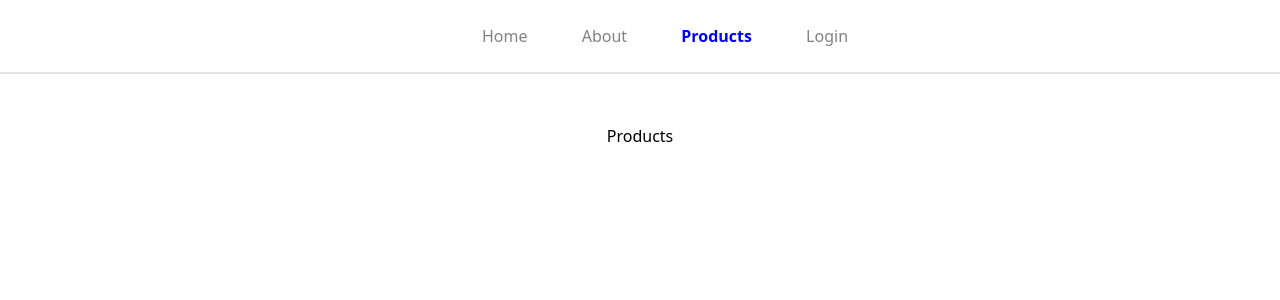
Repository: Yeyolive/WebDev_Collab_2025
Page: Basic_Projects/Basic-Website/products.html
The author's editor kept a copy of each file at every save. The page is drawn from the files as they stood at one save, then again after the next save.
The browser window is 1280 px wide. The pictures show the whole page.

Above is the page before, as saved 2025-11-02 21:30:31.

### Basic_Projects/Basic-Website/products.html
<!DOCTYPE html>
<html lang="en">
  <head>
    <meta charset="utf-8" />
    <meta name="viewport" content="width=device-width, initial-scale=1.0" />
    <title>Products</title>
    <link rel="stylesheet" href="styles.css" />
  </head>

  <body>
    <!-- NAVIGATION BAR -->
    <nav>
      <a href="index.html">Home</a>
      <a href="about.html">About</a>
      <a href="products.html" class="active">Products</a>
      <a href="login.html">Login</a>
    </nav>

    <header>Products</header>
  </body>
</html>

### Basic_Projects/Basic-Website/styles.css
* {
  margin: 0;
  padding: 0;
}

html {
  text-align: center;
  font-family: system-ui, -apple-system, BlinkMacSystemFont, "Segoe UI", Roboto,
    Oxygen, Ubuntu, Cantarell, "Open Sans", "Helvetica Neue", sans-serif;
}

nav {
  position: fixed;
  top: 0;
  width: 100%;
  padding: 25px;
  border-bottom: 2px solid #e3e3e3;
}

nav a {
  text-decoration: none;
  color: rgb(131, 129, 129);
  margin: 0 25px;
}

nav a:hover {
  color: blue;
  cursor: pointer;
}

nav a.active {
  font-weight: bold;
  color: blue;
}

header {
  padding-top: 125px;
}

header p {
  margin: 25px auto;
  width: 50%;
  font-size: 1.25rem;
  color: rgb(49, 46, 46);
}

h1 {
  font-size: 3rem;
  line-height: 1.2em;
  font-weight: bold;
}

span {
  color: blue;
  font-weight: bold;
}

#cta-button {
  text-decoration: none;
  text-transform: uppercase;
  background: linear-gradient(to right, #0c6fd9, #0310a3);
  color: white;
  padding: 1em 3em;
  border-radius: 30px;
  display: inline-block;
  margin-top: 25px;
  font-weight: bold;
  transition: 150ms ease-in-out;
}

#cta-button:hover {
  background: linear-gradient(to right, #0310a3, #0c6fd9);
  cursor: pointer;
  scale: 1.05;
}

.video-player {
  margin-top: 50px;
  width: 850px;
  max-width: 100%;
  aspect-ratio: 16 / 9;
  border-radius: 25px;
}

After the next save:
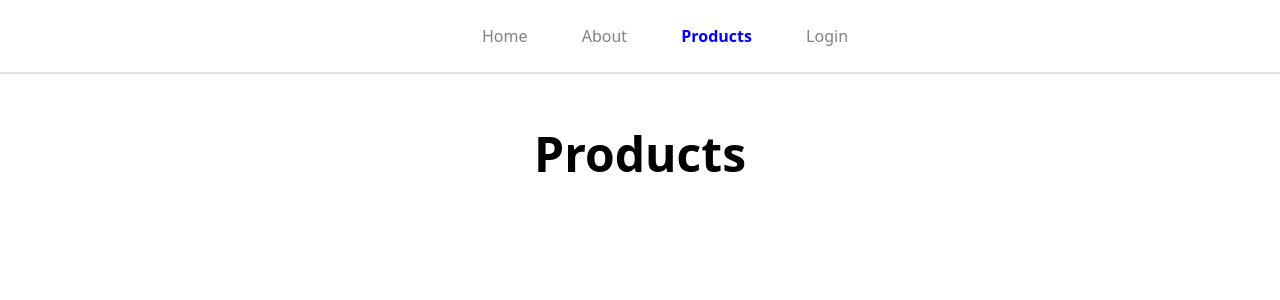
Saved 50 min 18 s later.
--- a/Basic_Projects/Basic-Website/products.html
+++ b/Basic_Projects/Basic-Website/products.html
@@ -16,6 +16,8 @@
       <a href="login.html">Login</a>
     </nav>
 
-    <header>Products</header>
+    <header>
+      <h1>Products</h1>
+    </header>
   </body>
 </html>
